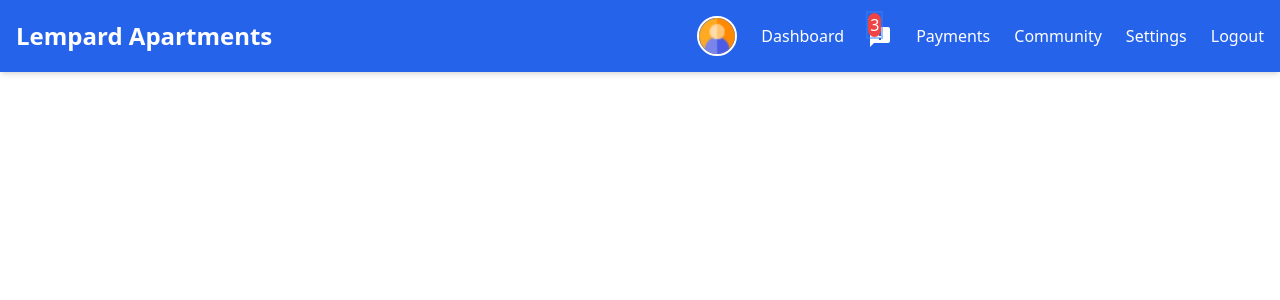
Repository: makanda596/system
Page: /home (app in client/)
The author's editor kept a copy of each file at every save. The page is drawn from the files as they stood at one save, then again after the next save.
The browser window is 1280 px wide. The pictures show the whole page.
The project was rebuilt for these pictures with package versions that can differ from the ones it lists, and the page was loaded fresh each time. Also part of the build but not shown: client/src/SignUpForm.jsx, client/src/LoginForm.jsx. Imported but missing from the stored project, and not drawn on this page: client/src/reportWebVitals.

Above is the page before, as saved 2024-12-03 09:39:56.

### client/src/App.js
import React from 'react';
import { BrowserRouter as Router, Route, Routes } from 'react-router-dom';
import Home from './Home.jsx'
import SignUpForm from './SignUpForm.jsx'
import LoginForm from './LoginForm.jsx'
function App() {
  return (
    <div>
      <Router>
        <Routes>
          <Route path="/signup" element={<SignUpForm />} />
          <Route path='/' element={<LoginForm />} />
          <Route path='/home' element={<Home />} />
        </Routes>
      </Router>
    </div>
  );
}

export default App;

### client/src/Home.jsx
import React from 'react';
import Navbar from '../src/componets/Navbar'
function Home() {
    return (
        <div>
            <Navbar />
        </div>
    );
}

export default Home;

### client/src/componets/Navbar.jsx
import React, { useState } from 'react';
import { Link } from 'react-router-dom';
import avatar from '../assets/avatar.png'
import AnnouncementIcon from '@mui/icons-material/Announcement';
function Navbar() {
    const handleLogout = () => {
        // Logic for logging out (e.g., clearing session data, tokens, etc.)
        window.location.href = '/login'; // Redirect to the login page after logout
    };
    const [alert, setAlert] = useState(3)

    return (
        <nav className="bg-blue-600 shadow-md">
            <div className="max-w-7xl mx-auto px-4 py-4 flex justify-between items-center">
                {/* Logo or Apartment Name */}
                <h1 className="text-white text-2xl font-bold">Lempard Apartments</h1>

                {/* Navbar links */}
                <div className="flex space-x-6 items-center text-white">
                    {/* Profile Picture and Profile Link */}
                    <div className="relative">
                        <img
                            src={avatar} // Replace with actual profile picture URL
                            alt=""
                            className="w-10 h-10 rounded-full border-2 border-white"
                        />
                    </div>

                    {/* Dashboard Link */}
                    <Link to="/dashboard" className="hover:text-blue-300">Dashboard</Link>
                    <Link to="/alert" className="relative cursor-pointer">
                        <span className="absolute left-0 inline-block  top-[-10px] ring-2 ">
                            {alert > 0 ? <p className='bg-red-500 rounded-full w-4.5 h-4.4 px-0.5'>{alert} </p> : <p className='bg-green-500 ring-green'>0</p>}
                        </span>
                        <AnnouncementIcon />
                    </Link>
                    {/* Payments Link */}
                    <Link to="/payments" className="hover:text-blue-300">Payments</Link>

                    {/* Community Link */}
                    <Link to="/community" className="hover:text-blue-300">Community</Link>

                    {/* Settings Link */}
                    <Link to="/settings" className="hover:text-blue-300">Settings</Link>




                    {/* Logout Button */}
                    <button onClick={handleLogout} className="hover:text-blue-300">Logout</button>
                </div>
            </div>
        </nav>
    );
}

export default Navbar;

Loaded but not shown: client/src/index.js (common file); client/src/index.css (common file); client/tailwind.config.js (common file)

After the next save:
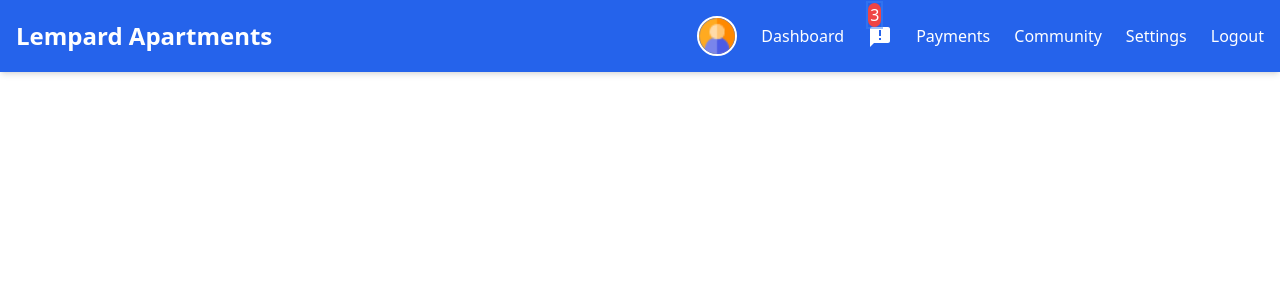
Saved 10 s later.
--- a/client/src/componets/Navbar.jsx
+++ b/client/src/componets/Navbar.jsx
@@ -29,7 +29,7 @@ function Navbar() {
                     {/* Dashboard Link */}
                     <Link to="/dashboard" className="hover:text-blue-300">Dashboard</Link>
                     <Link to="/alert" className="relative cursor-pointer">
-                        <span className="absolute left-0 inline-block  top-[-10px] ring-2 ">
+                        <span className="absolute left-0 inline-block  top-[-20px] ring-2 ">
                             {alert > 0 ? <p className='bg-red-500 rounded-full w-4.5 h-4.4 px-0.5'>{alert} </p> : <p className='bg-green-500 ring-green'>0</p>}
                         </span>
                         <AnnouncementIcon />
